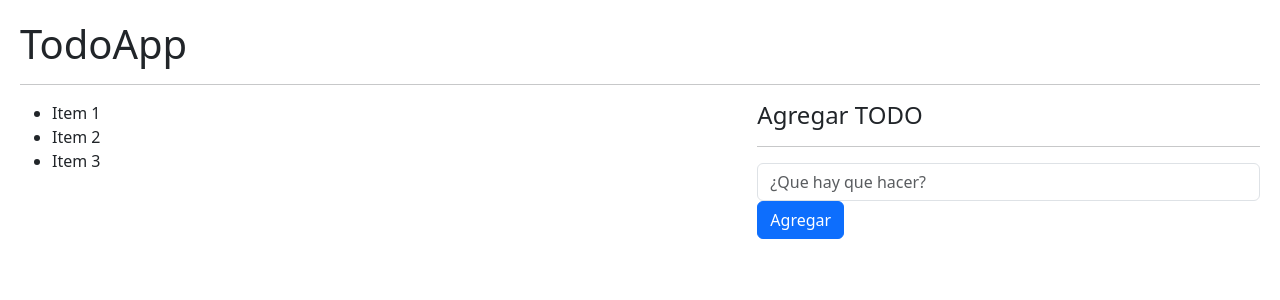
Repository: bryanesteban/hooks-App
Page: /
The author's editor kept a copy of each file at every save. The page is drawn from the files as they stood at one save, then again after the next save.
The browser window is 1280 px wide. The pictures show the whole page.
The project was rebuilt for these pictures with package versions that can differ from the ones it lists, and the page was loaded fresh each time. Also part of the build but not shown: vite.config.js, src/HooksApp.jsx, src/01-useState/CounterApp.jsx, src/hooks/useCounter.jsx, src/01-useState/CounterWithCustomHook.jsx, src/02-useEffect/Message.jsx, src/02-useEffect/SimpleForm.jsx, src/hooks/useForm.js and 12 more.

Above is the page before, as saved 2024-08-16 13:24:15.

### src/main.jsx
import React from 'react'
import ReactDOM from 'react-dom/client'
import './index.css'
import { HooksApp } from './HooksApp'
import { CounterApp } from './01-useState/CounterApp'
import { CounterWithCustomHook } from './01-useState/CounterWithCustomHook'
import { SimpleForm } from './02-useEffect/SimpleForm'
import { FormWithCustomHook } from './02-useEffect/FormWithCustomHook'
import { MultipleCustomHook } from './03-examples/MultipleCustomHook'
import { FocusScreen } from './04-useRef/FocusScreen'
import { Layout } from './05-useLayoutEffect/Layout'
import { Memorize } from './06-memos/Memorize'
import { MemoHook } from './06-memos/MemoHook'
import { CallbackHook } from './06-memos/CallbackHook'
// import { Padre } from './07-tarea-memo/Padre'

// import './08-useReducer/intro-reducer';
import { TodoApp } from './08-useReducer/TodoApp'

ReactDOM.createRoot(document.getElementById('root')).render(
  // <React.StrictMode>
  //   <FormWithCustomHook />
  // <MultipleCustomHook />
  // <FocusScreen/>
  // <Layout/>
      // <Memorize/>
      // <MemoHook/>
      // <CallbackHook/>
      // <Padre/>
      <TodoApp/>

  // </React.StrictMode>
)

### src/08-useReducer/TodoApp.jsx
import React, { useReducer } from 'react'
import { todoReducer } from './todoReducer';

export const TodoApp = () => {

    const initialState = [
    {
        id: new Date().getTime(),
        description: 'Recolecar la piedra del Alma',
        done: false,
    },
    {
        id: new Date().getTime()*3,
        description: 'Recolecar la piedra del poder',
        done: false,
    }

    ];

    const [state, dispatch] = useReducer(todoReducer, initialState);

    return (
    <>
    <h1>TodoApp</h1>
    <hr/>

        <div className="row">
            <div className="col-7">
                <ul>
                    <li>Item 1</li>
                    <li>Item 2</li>
                    <li>Item 3</li>
                </ul>
            </div>
            <div className="col-5">
                <h4>Agregar TODO</h4>
                <hr/>
                <form>
                    <input
                        type="text"
                        placeholder="¿Que hay que hacer?"
                        className="form-control"
                    />
                    <button
                        type="submit"
                        className="btn btn-primary">
                        Agregar
                    </button>
                </form>
            </div>
        </div>

    </>
  )
}

### src/08-useReducer/todoReducer.js


export const todoReducer = (initialState, action) => {

    switch(action.type){
      case 'ABC':
        // return initialState;
        throw new Error( `${action.type} no esta implementada`);

        default:
            return initialState;
    }
}

Loaded but not shown: index.html (common file); src/index.css (common file)

After the next save:
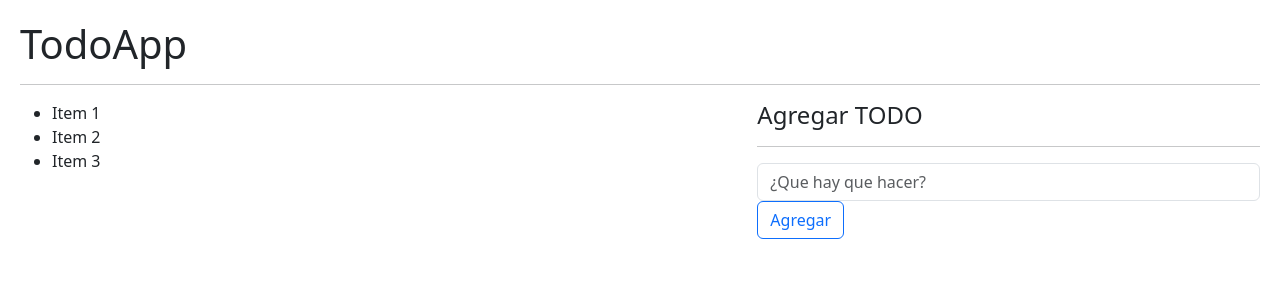
Saved 13 s later.
--- a/src/08-useReducer/TodoApp.jsx
+++ b/src/08-useReducer/TodoApp.jsx
@@ -43,7 +43,7 @@
                     />
                     <button
                         type="submit"
-                        className="btn btn-primary">
+                        className="btn btn-outline-primary">
                         Agregar
                     </button>
                 </form>
